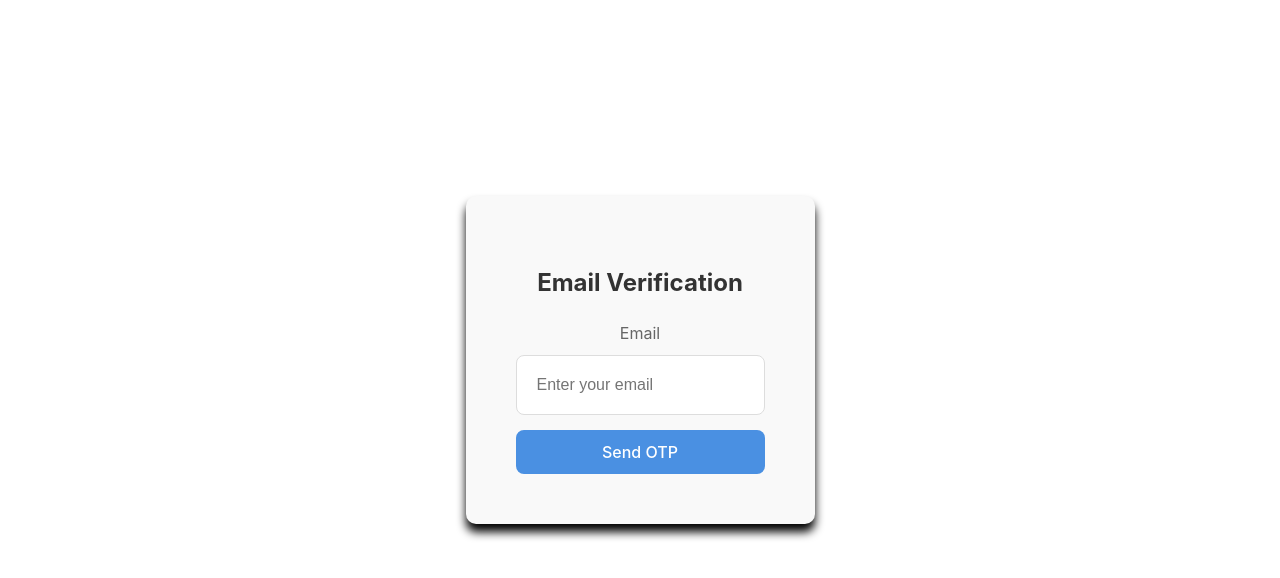
Repository: sarathraj2002/MockTest
Page: / (app in Frontend/)
An editor plug-in stored every save of this project. The page is shown before and after the next save, followed by the edit.
The browser window is 1280 px wide. The pictures show the whole page.
The project was rebuilt for these pictures with package versions that can differ from the ones it lists, and the page was loaded fresh each time. Also part of the build but not shown: Frontend/vite.config.js, Frontend/src/components/Home.jsx, Frontend/src/components/Mail.jsx.

Above is the page before, as saved 2024-11-13 17:02:25.

### Frontend/index.html
<!doctype html>
<html lang="en">
  <head>
    <meta charset="UTF-8" />
    <link rel="icon" type="image/svg+xml" href="/vite.svg" />
    <meta name="viewport" content="width=device-width, initial-scale=1.0" />
    <title>MockTest</title>
  </head>
  <body>
    <div id="root"></div>
    <script type="module" src="/src/main.jsx"></script>
  </body>
</html>

### Frontend/src/main.jsx
import { StrictMode } from 'react'
import { createRoot } from 'react-dom/client'
import App from './App.jsx'
import './index.css'
import { BrowserRouter } from 'react-router-dom'


createRoot(document.getElementById('root')).render(
  <StrictMode>
     <BrowserRouter>
    <App />
    </BrowserRouter>
  </StrictMode>,
)

### Frontend/src/App.jsx
import { useState } from 'react'
import './App.css'
import Otp from './components/Otp'
import { Home } from './components/Home'
import { Route,Routes,useNavigate } from 'react-router-dom'
import Mail from './components/Mail'

function App() {
  const [email, setEmail] = useState('');
  const navigate = useNavigate();
  const handleEmailSubmit=(email)=>{
    setEmail(email);
    navigate('/check');
  }


  return (
    <>
    <Routes>
      <Route path='/' element={<Otp onEmailSubmit={handleEmailSubmit}/>}></Route>
      <Route path='/check' element={<Mail/>}></Route>
      <Route path='/home' element={<Home/>}></Route>
    </Routes>
    </>
  )
}

export default App

### Frontend/src/components/Otp.jsx
import React, { useState } from 'react';
import axios from 'axios';

function Email({ onEmailSubmit }) {
  const [email, setEmail] = useState('');
  const [otp, setOtp] = useState('');
  const [errorMessage, setErrorMessage] = useState('');
  const [otpSent, setOtpSent] = useState(false);


  const handleEmailSubmit = async (e) => {
    e.preventDefault();
    setErrorMessage('');
    try {

      const response = await axios.post('http://localhost:5000/api/send-otp', { email });
      const data = response.data;

      console.log(data);

      if (data.success) {
        setOtpSent(true);
        onEmailSubmit(email);
      } else {
        setErrorMessage('Error sending OTP. Please try again.');
      }
    } catch (error) {
      setErrorMessage('An error occurred while sending OTP.');
      console.error('Error:', error);
    }
  };


  const handleOtpSubmit = async (e) => {
    e.preventDefault();
    setErrorMessage('');
    try {
      const response = await axios.post('http://localhost:5000/api/verify-otp', { otp });
      const data = response.data;

      if (data.valid) {
        alert('OTP validated successfully!');
      } else {
        setErrorMessage(data.message || 'Invalid OTP. Please try again.');
      }
    } catch (error) {
      setErrorMessage('An error occurred while validating OTP.');
      console.error('Error:', error);
    }
  };

  return (
   <div
  style={{
    maxWidth: '800px',
    margin: 'auto',
    padding: '50px',
    textAlign: 'center',
    backgroundColor: '#f9f9f9',
    boxShadow: '0 8px 10px rgba(2, 2, 2, 2)',
    borderRadius: '10px',
  }}
>
  <h2 style={{ color: '#333', marginBottom: '20px' }}>Email Verification</h2>
  {!otpSent ? (
    <form onSubmit={handleEmailSubmit} style={{ display: 'flex', flexDirection: 'column' }}>
      <label htmlFor="email" style={{ marginBottom: '10px', color: '#666' }}>Email</label>
      <input
        id="email"
        type="email"
        value={email}
        onChange={(e) => setEmail(e.target.value)}
        required
        placeholder="Enter your email"
        style={{
          padding: '20px',
          marginBottom: '15px',
          borderRadius: '8px',
          border: '1px solid #ddd',
          fontSize: '16px',
        }}
      />
      <button
        type="submit"
        style={{
          padding: '12px 20px',
          backgroundColor: '#4a90e2',
          color: 'white',
          border: 'none',
          borderRadius: '8px',
          cursor: 'pointer',
          transition: 'background-color 0.3s',
        }}
        onMouseEnter={(e) => (e.target.style.backgroundColor = '#357ABD')}
        onMouseLeave={(e) => (e.target.style.backgroundColor = '#4a90e2')}
      >
        Send OTP
      </button>
      {errorMessage && (
        <p style={{ color: 'red', marginTop: '15px' }}>
          {errorMessage}
        </p>
      )}
    </form>
  ) : (
    <form onSubmit={handleOtpSubmit} style={{ display: 'flex', flexDirection: 'column' }}>
      <label htmlFor="otp" style={{ marginBottom: '10px', color: '#666' }}>Enter OTP</label>
      <input
        id="otp"
        type="text"
        value={otp}
        onChange={(e) => setOtp(e.target.value)}
        required
        placeholder="Enter OTP"
        style={{
          padding: '12px',
          marginBottom: '15px',
          borderRadius: '8px',
          border: '1px solid #ddd',
          fontSize: '16px',
        }}
      />
      <button
        type="submit"
        style={{
          padding: '12px 20px',
          backgroundColor: '#5cb85c',
          color: 'white',
          border: 'none',
          borderRadius: '8px',
          cursor: 'pointer',
          transition: 'background-color 0.3s',
        }}
        onMouseEnter={(e) => (e.target.style.backgroundColor = '#4CAE4C')}
        onMouseLeave={(e) => (e.target.style.backgroundColor = '#5cb85c')}
      >
        Validate OTP
      </button>
      {errorMessage && (
        <p style={{ color: 'red', marginTop: '15px' }}>
          {errorMessage}
        </p>
      )}
    </form>
  )}
</div>
)}
export default Email;

Loaded but not shown: Frontend/src/index.css (common file); Frontend/src/App.css (common file)

After the next save:
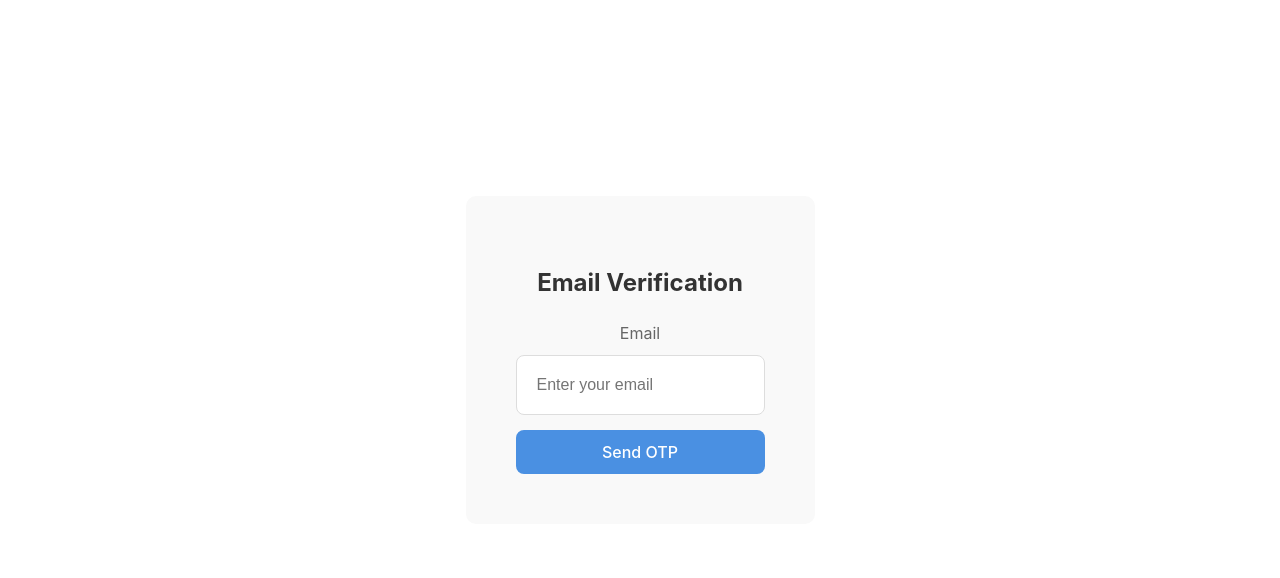
Saved 7 s later.
--- a/Frontend/src/components/Otp.jsx
+++ b/Frontend/src/components/Otp.jsx
@@ -57,7 +57,7 @@
     padding: '50px',
     textAlign: 'center',
     backgroundColor: '#f9f9f9',
-    boxShadow: '0 8px 10px rgba(2, 2, 2, 2)',
+    boxShadow: '0 8px 10px rgba(2, 2, 2, )',
     borderRadius: '10px',
   }}
 >

After the 2 saves that followed:
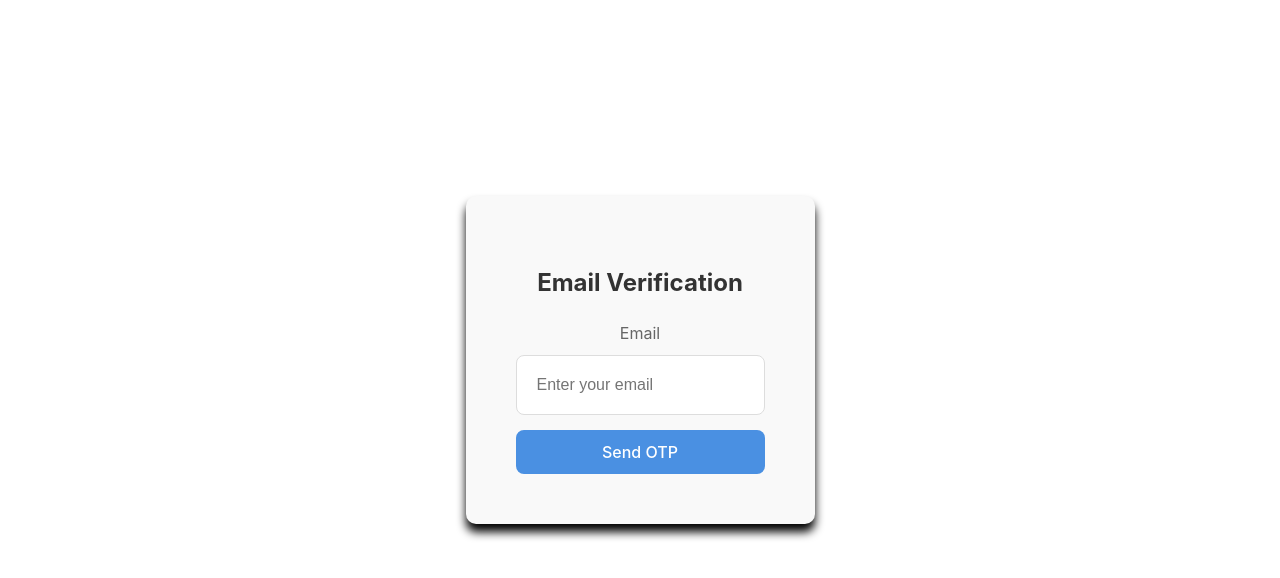
The 2 saves are shown as one change because they came seconds apart.
The last was saved 7 s later.
--- a/Frontend/src/components/Otp.jsx
+++ b/Frontend/src/components/Otp.jsx
@@ -57,7 +57,7 @@
     padding: '50px',
     textAlign: 'center',
     backgroundColor: '#f9f9f9',
-    boxShadow: '0 8px 10px rgba(2, 2, 2, )',
+    boxShadow: '0 8px 10px rgba(2, 2, 2, 2)',
     borderRadius: '10px',
   }}
 >
